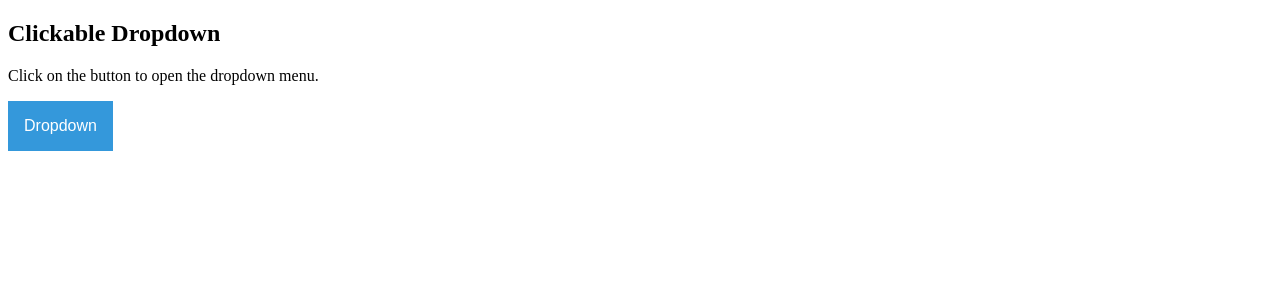
Repository: sabadia/task
Page: dropDown.html
The author's editor kept a copy of each file at every save. The page is drawn from the files as they stood at one save, then again after a run of saves.
The browser window is 1280 px wide. The pictures show the whole page.

Above is the page before, as saved 2020-04-26 15:18:42.

After the next 2 saves:
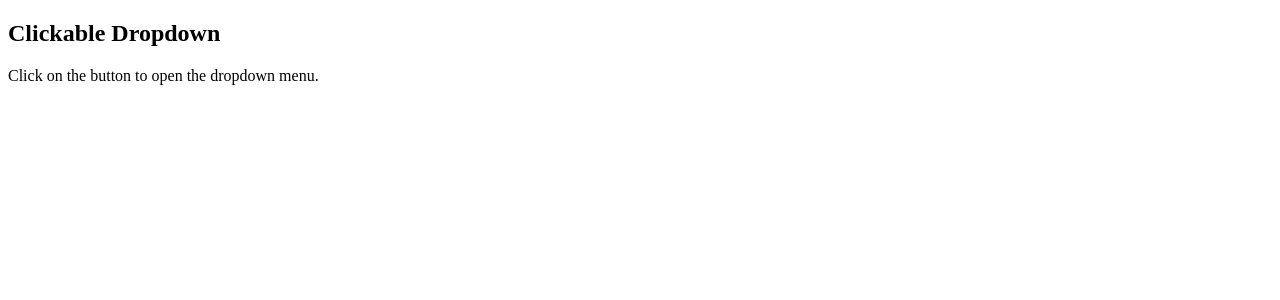
The 2 saves are shown as one change because they came seconds apart.
The last was saved 16 s later.
--- a/dropDown.html
+++ b/dropDown.html
@@ -3,7 +3,7 @@
 <head>
 <style>
 .dropbtn {
-  background-color: #3498DB;
+  background-color: #ffffff;
   color: white;
   padding: 16px;
   font-size: 16px;
